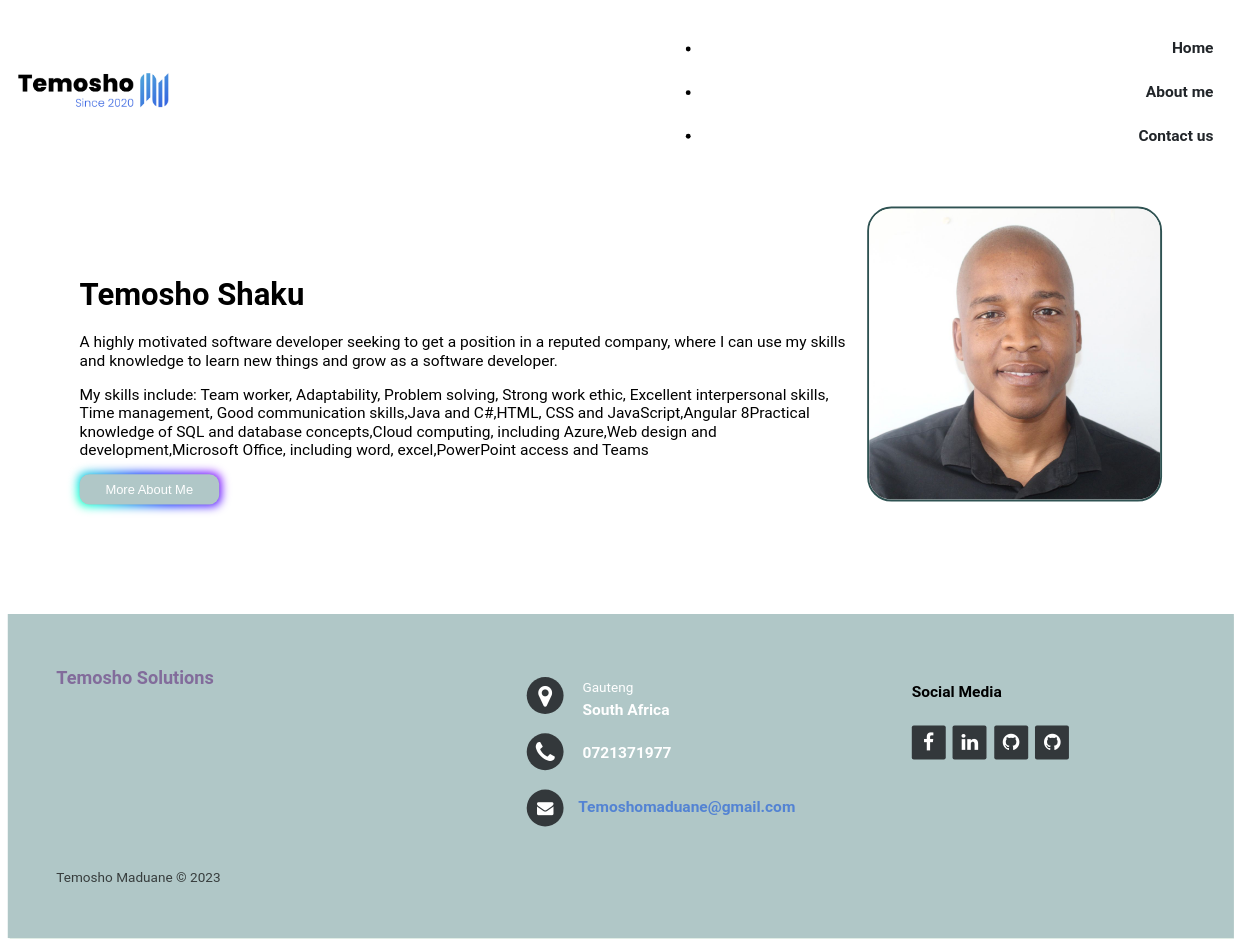
Repository: TemoshoS/T-Shaku
Page: index.html
These files come from the project's save history. The page is drawn as it stood at one moment and after the next save; the edit follows.
The browser window is 1280 px wide. The pictures show the whole page, at 97% of full size.
Pictures or frames that could not be fetched are drawn as grey boxes. Some web libraries are served in a nearby version.

Above is the page before, as saved 2023-09-28 14:38:05.

### index.html
<!DOCTYPE html>
<html>
<title>Temosho Shaku</title>
<meta charset="UTF-8">
<meta name="viewport" content="width=device-width,initial-scale=1">


<link rel="stylesheet" href="./css/style.css">

<link rel="stylesheet" href="http://maxcdn.bootstrapcdn.com/font-awesome/4.2.0/css/font-awesome.min.css">
<link href="http://fonts.googleapis.com/css?family=Cookie" rel="stylesheet" type="text/css">

<body>

  <header>
    <div>
      <table style="width: 100%;">
        <tr>
          <td>
            <a href="index.html">
              <img src="./images/logo.png" style="height: 50px;" alt="No logo" />
            </a>
          </td>
          <td align="right">
            <nav>
              <!-- Mobile Menu Icon -->
              <div class="menu-icon" onclick="toggleMenu()">
                <div class="bar"></div>
                <div class="bar"></div>
                <div class="bar"></div>
              </div>
              <!-- Navigation Links (Initially Hidden) -->
              <ul class="nav-links">
                <li><a href="index.html" class="nav-link"><b>Home</b></a></li>
                <li><a href="about.html" class="nav-link"><b>About me</b></a></li>
                <li><a href="contact.html" class="nav-link"><b>Contact us</b></a></li>
              </ul>
            </nav>
          </td>
        </tr>
      </table>
    </div>
  </header>



  <main>
    <table style="width: 100%; height: 300px">

      <tr>
        <td style="padding-left: 10vh; padding-top: 50px">
          <h1 id="name"></h1>
          <p style="width: 100%" id="para"></p>
          <p style="width: 100%" id="para1"></p>
          <button onclick="window.location.href='about.html'" class="buttonmore">More About Me</button>



        </td>
        <td align="right" style="padding-right: 10vh; padding-top: 30px; padding-bottom: 30px">
          <img src="./images/Temosho.jpg" alt="No picture" width="300px" height="300px" border-radius="150"
            style="border-radius: 25px; object-fit: cover; border: 2px solid rgb(47, 82, 82);" />
        </td>
      </tr>
    </table>
  </main>


  <footer class="footer-distributed">
    <div class="footer-left">

      <h3><span>Temosho Solutions</span></h3>
      <p class="footer-links">
        <iframe
          src="https://www.google.com/maps/embed?pb=!1m18!1m12!1m3!1d57373.12731923028!2d28.183328280934226!3d-26.00669819115315!2m3!1f0!2f0!3f0!3m2!1i1024!2i768!4f13.1!3m3!1m2!1s0x1e956bed9ab01b69%3A0xc853e498933bab2e!2sTembisa%2C%201632!5e0!3m2!1sen!2sza!4v1676883111483!5m2!1sen!2sza"
          width="300" height="150" style="border:0;" allowfullscreen="" loping="lazy"></iframe>


      </p>


      <p class="footer-portfolio-name">Temosho Maduane &copy; 2023</p>
    </div>

    <div class="footer-center">

      <div>
        <i class="fa fa-map-marker"></i>
        <p><span>Gauteng</span>South Africa</p>
      </div>
      <div>
        <i class="fa fa-phone"></i>
        <p>0721371977</p>
        </p>

      </div>
      <div>

        <p><a href="temoshomaduane@gmail.com"><i class="fa fa-envelope"></i>Temoshomaduane@gmail.com</a>
        </p>
      </div>
    </div>

    <div class="footer-right">
      <p>
        Social Media
      </p>

      <div class="footer-icons">
        <a href="https://m.facebook.com/temosho.shaku"><i class="fa fa-facebook"></i></a>
        <a href="https://www.linkedin.com/mwlite/in/temosho-shaku-a2598917b"><i class="fa fa-linkedin"></i></a>
        <a href="https://github.com/TemoshoS"><i class="fa fa-github"></i></a>
        <a href="https://api.whatsapp.com/send?phone=27 721371977"><i class="fa fa-github"></i></a>

      </div>

    </div>
  </footer>
  <script src="./javascript/index.js"></script>
</body>

</html>

### css/style.css
/*Navigation bar*/
.nav-link {
	text-decoration: none;
	display: inline-block;
	padding: 13px 13px;
	color: #212529;
	margin-right: 5px;
  }

  .nav-link:hover {
	text-decoration:none;
	border-bottom: 2px solid #84e7ee;
  }


@import url("https://fonts.googleapis.com/css2?family=Roboto:wght@100&display=swap");
h1,
h2,
h3,
h4,
h5,
h6,
p,
a,
label,
address,
input {
	font-family: "Roboto", sans-serif;
}

/* CSS for Mobile Menu Icon */
.menu-icon {
    display: none; /* Initially hidden */
    cursor: pointer;
}

.menu-icon .bar {
    width: 25px;
    height: 3px;
    background-color: #212529;
    margin: 4px 0;
}

/*button*/

.buttonmore {
	padding: 0.6em 2em;
	border: none;
	outline: none;
	color: rgb(255, 255, 255);
	cursor: pointer;
	position: relative;
	z-index: 0;
	border-radius: 10px;
	user-select: none;
	-webkit-user-select: none;
	touch-action: manipulation;
  }

  .buttonmore:before {
	content: "";
	background: linear-gradient(
	  45deg,
	  #ff0000,
	  #ff7300,
	  #fffb00,
	  #48ff00,
	  #00ffd5,
	  #002bff,
	  #7a00ff,
	  #ff00c8,
	  #ff0000
	);
	position: absolute;
	top: -2px;
	left: -2px;
	background-size: 400%;
	z-index: -1;
	filter: blur(5px);
	-webkit-filter: blur(5px);
	width: calc(100% + 4px);
	height: calc(100% + 4px);
	animation: glowing-button-85 20s linear infinite;
	transition: opacity 0.3s ease-in-out;
	border-radius: 10px;
  }

  @keyframes glowing-button-85 {
	0% {
	  background-position: 0 0;
	}
	50% {
	  background-position: 400% 0;
	}
	100% {
	  background-position: 0 0;
	}
  }

  .buttonmore:after {
	z-index: -1;
	content: "";
	position: absolute;
	width: 100%;
	height: 100%;
	background: #b0c7c7;
	left: 0;
	top: 0;
	border-radius: 10px;
  }
/*Contact form*/
.contactform {


	border-radius: 5px;
	background-color: #f2f2f2;
	padding: 20px;
	width: 400px;
	margin-left: auto;
	margin-right: auto;

}



.footer-distributed{
	background-color: #b0c7c7;
	box-shadow: 0 1px 1px 0 rgba(5, 110, 52, 0.12);
	box-sizing: border-box;
	width: 100%;
	text-align: left;
	font: bold 16px sans-serif;

	padding: 55px 50px;
	margin-top: 80px;
}

.footer-distributed .footer-left,
.footer-distributed .footer-center,
.footer-distributed .footer-right{
	display: inline-block;
	vertical-align: top;
}

.footer-distributed .footer-left{
	width: 40%;
}

.footer-distributed h3{
	color:  #ffffff;

	margin: 0;
}

.footer-distributed h3 span{
	color:  #826c9b;
}


.footer-distributed .footer-links{
	color:  #ffffff;
	margin: 20px 0 12px;
	padding: 0;
}

.footer-distributed .footer-links a{
	display:inline-block;
	line-height: 1.8;
	text-decoration: none;
	color:  inherit;
}

.footer-distributed .footer-portfolio-name{
	color:  #373d3d;
	font-size: 14px;
	font-weight: normal;
	margin: 0;
}


.footer-distributed .footer-center{
	width: 35%;
}

.footer-distributed .footer-center i{
	background-color:  #33383b;
	color: #ffffff;
	font-size: 25px;
	width: 38px;
	height: 38px;
	border-radius: 50%;
	text-align: center;
	line-height: 42px;
	margin: 10px 15px;
	vertical-align: middle;
}

.footer-distributed .footer-center i.fa-envelope{
	font-size: 17px;
	line-height: 38px;
}

.footer-distributed .footer-center p{
	display: inline-block;
	color: #ffffff;
	vertical-align: middle;
	margin:0;
}

.footer-distributed .footer-center p span{
	display:block;
	font-weight: normal;
	font-size:14px;
	line-height:2;
}

.footer-distributed .footer-center p a{
	color:  #5383d3;
	text-decoration: none;;
}

.footer-distributed .footer-right{
	width: 20%;
}

.footer-distributed .footer-portfolio-about{
	line-height: 20px;
	color:  #92999f;
	font-size: 13px;
	font-weight: normal;
	margin: 0;
}

.footer-distributed .footer-portfolio-about span{
	display: block;
	color:  #ffffff;
	font-size: 14px;
	font-weight: bold;
	margin-bottom: 20px;
}

.footer-distributed .footer-icons{
	margin-top: 25px;
}

.footer-distributed .footer-icons a{
	display: inline-block;
	width: 35px;
	height: 35px;
	cursor: pointer;
	background-color:  #33383b;
	border-radius: 2px;

	font-size: 20px;
	color: #ffffff;
	text-align: center;
	line-height: 35px;

	margin-right: 3px;
	margin-bottom: 5px;
}


@media (max-width: 880px) {

	.menu-icon {
        display: block; /* Display the icon for smaller screens */
    }

    .nav-links {
        display: none; /* Hide the navigation links for smaller screens */
    }

    /* Add additional styles for the navigation links when hidden */
    .nav-link {
        display: block;
        text-align: center;
        margin: 5px 0;
        padding: 10px;
    }

	.footer-distributed{
		font: bold 14px sans-serif;

	}

	.footer-distributed .footer-left,
	.footer-distributed .footer-center,
	.footer-distributed .footer-right{
		display: block;
		width: 100%;
		margin-bottom: 40px;
		text-align: center;
	}

	.footer-distributed .footer-center i{
		margin-left: 0;
	}


}

### javascript/index.js

document.getElementById("name").innerHTML = "Temosho Shaku";

document.getElementById("para").innerHTML = "A highly motivated software developer seeking to get a position in a reputed company, where I can use my skills and knowledge to learn new things and grow as a software developer.";

document.getElementById("para1").innerHTML = "My skills include: Team worker, Adaptability, Problem solving, Strong work ethic, Excellent interpersonal skills, Time management, Good communication skills,Java and C#,HTML, CSS and JavaScript,Angular 8Practical knowledge of SQL and database concepts,Cloud computing, including Azure,Web design and development,Microsoft Office, including word, excel,PowerPoint access and Teams";

function toggleMenu() {
    var navLinks = document.querySelector('.nav-links');
    navLinks.style.display = navLinks.style.display === 'block' ? 'none' : 'block';
}

After the next save:
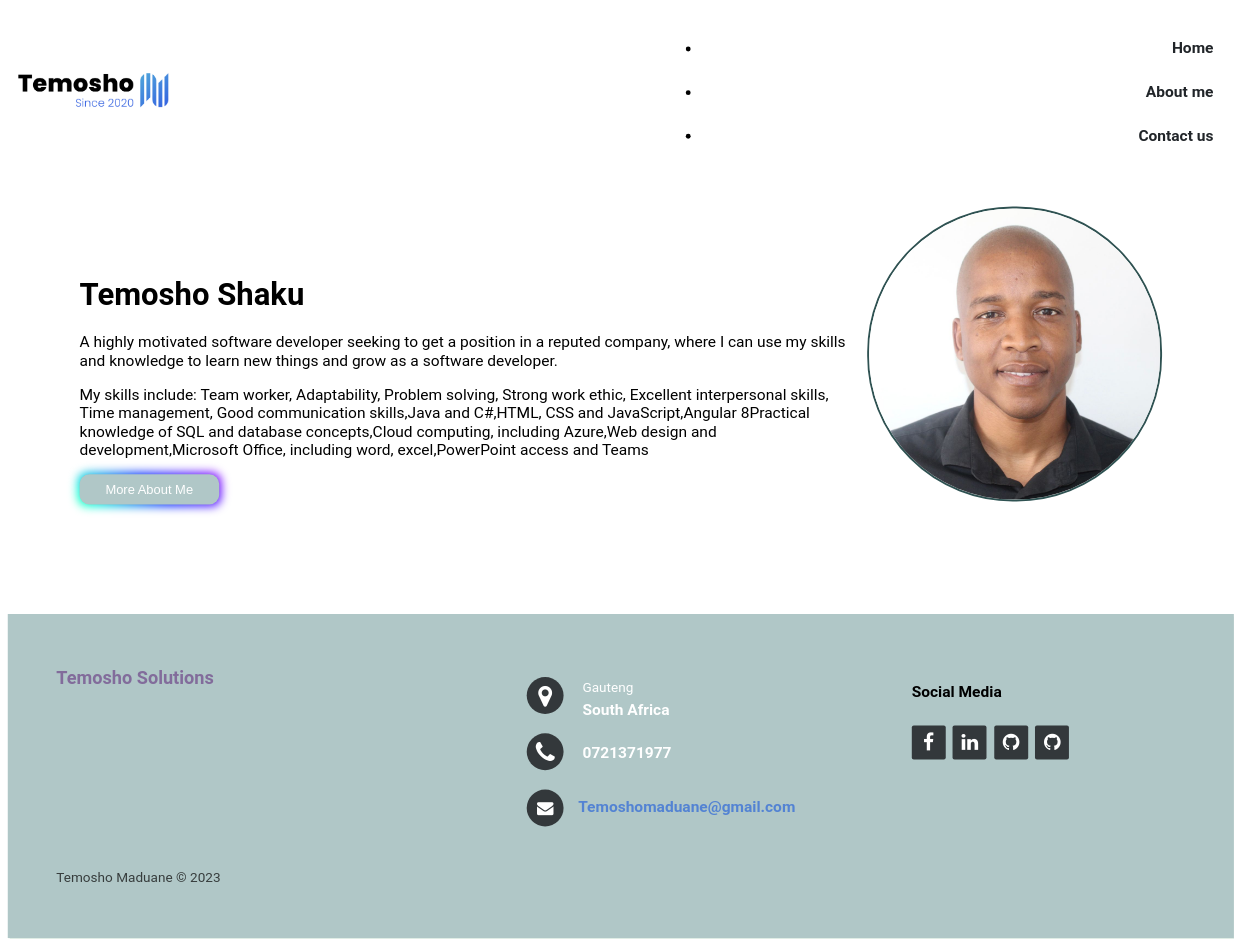
Saved 32 s later.
--- a/index.html
+++ b/index.html
@@ -59,7 +59,7 @@
         </td>
         <td align="right" style="padding-right: 10vh; padding-top: 30px; padding-bottom: 30px">
           <img src="./images/Temosho.jpg" alt="No picture" width="300px" height="300px" border-radius="150"
-            style="border-radius: 25px; object-fit: cover; border: 2px solid rgb(47, 82, 82);" />
+            style="border-radius: 150px; object-fit: cover; border: 2px solid rgb(47, 82, 82);" />
         </td>
       </tr>
     </table>
